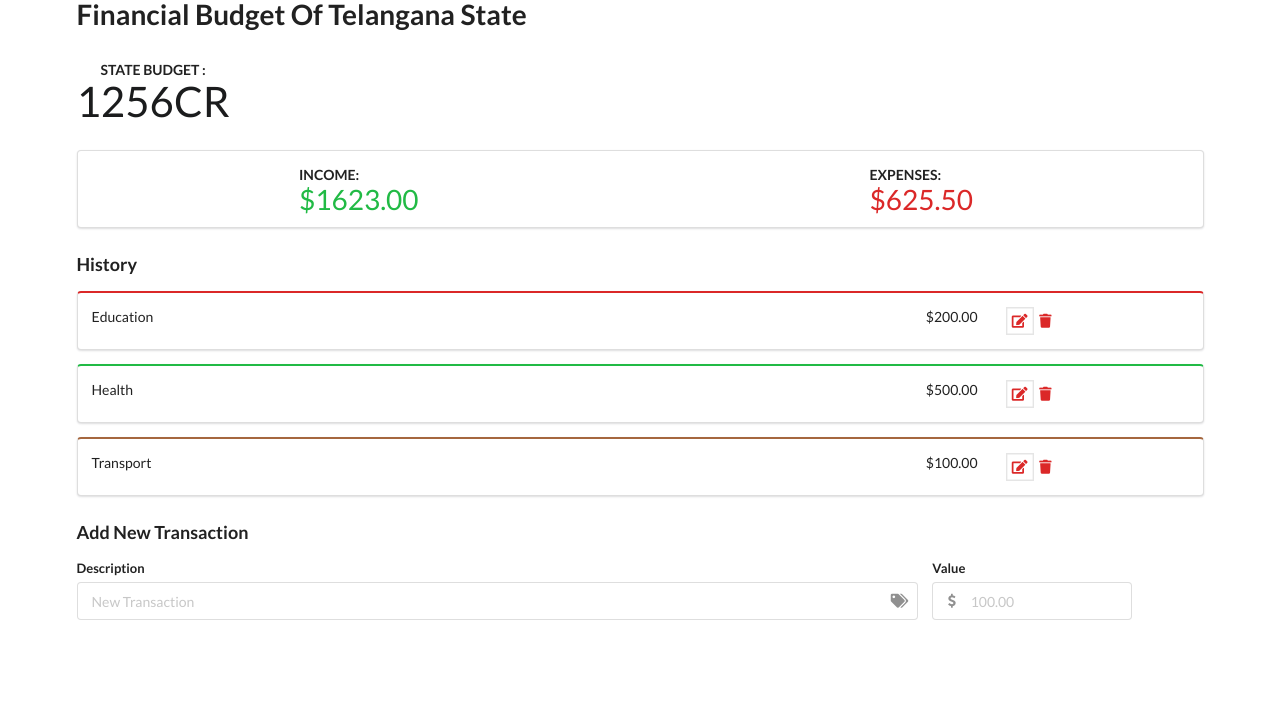
Repository: akHil07090709/advanced-react
Page: /
An editor plug-in stored every save of this project. The page is shown before and after the next save, followed by the edit.
The browser window is 1280 px wide. The pictures show the whole page.
The project was rebuilt for these pictures with package versions that can differ from the ones it lists, and the page was loaded fresh each time. Also part of the build but not shown: src/App.css.

Above is the page before, as saved 2021-05-25 08:04:03.

### src/index.js
import React from "react";
import ReactDOM from "react-dom";
import "./index.css";
import App from "./App";
import "semantic-ui-css/semantic.min.css";

ReactDOM.render(
  <React.StrictMode>
    <App />
  </React.StrictMode>,
  document.getElementById("root")
);

// If you want to start measuring performance in your app, pass a function
// to log results (for example: reportWebVitals(console.log))
// or send to an analytics endpoint. Learn more: https://bit.ly/CRA-vitals

### src/App.js
import {
  Container,
  Form,
  FormGroup,
  FormInput,
  Grid,
  Header,
  Icon,
  Segment,
  Statistic,
} from "semantic-ui-react";
import "./App.css";

function App() {
  return (
    <Container>
      <Header as="h1">Financial Budget Of Telangana State</Header>
      <Statistic size="small">
        {/* A statistic can display a value with a label above or below it.*/}
        <Statistic.Label>State Budget : </Statistic.Label>
        <Statistic.Value>1256cr</Statistic.Value>
      </Statistic>
      <Segment textAlign="center">
        <Grid columns={2}>
          <Grid.Row>
            <Grid.Column>
              <Statistic size="tiny" color="green">
                <Statistic.Label style={{ textAlign: "left" }}>
                  Income:
                </Statistic.Label>
                <Statistic.Value>$1623.00</Statistic.Value>
              </Statistic>
            </Grid.Column>
            <Grid.Column>
              <Statistic size="tiny" color="red">
                <Statistic.Label style={{ textAlign: "left" }}>
                  Expenses:
                </Statistic.Label>
                <Statistic.Value>$625.50</Statistic.Value>
              </Statistic>
            </Grid.Column>
          </Grid.Row>
        </Grid>
      </Segment>
      <Header as="h3">History</Header>
      <Segment color="red">
        <Grid columns={3}>
          <Grid.Row>
            <Grid.Column width={10}>Education</Grid.Column>
            <Grid.Column width={3} textAlign="right">
              $200.00
            </Grid.Column>
            <Grid.Column width={3}>
              <Icon name="edit" bordered color="red" />
              <Icon name="trash" color="red" />
            </Grid.Column>
          </Grid.Row>
        </Grid>
      </Segment>
      <Segment color="green">
        <Grid columns={3}>
          <Grid.Row>
            <Grid.Column width={10}>Health</Grid.Column>
            <Grid.Column width={3} textAlign="right">
              $500.00
            </Grid.Column>
            <Grid.Column width={3}>
              <Icon name="edit" bordered color="red" />
              <Icon name="trash" color="red" />
            </Grid.Column>
          </Grid.Row>
        </Grid>
      </Segment>
      <Segment color="brown">
        <Grid columns={3}>
          <Grid.Row>
            <Grid.Column width={10}>Transport</Grid.Column>
            <Grid.Column width={3} textAlign="right">
              $100.00
            </Grid.Column>
            <Grid.Column width={3}>
              <Icon name="edit" bordered color="red" />
              <Icon name="trash" color="red" />
            </Grid.Column>
          </Grid.Row>
        </Grid>
      </Segment>
      <Header as="h3">Add New Transaction</Header>
      <Form unstackable>
        <FormGroup>
          <FormInput
            width={12}
            label="Description"
            icon="tags"
            placeholder="New Transaction"
          />
          <FormInput
            width={3}
            label="Value"
            icon="dollar"
            placeholder="100.00"
            iconPosition="left"
          />
        </FormGroup>
      </Form>
    </Container>
  );
}

export default App;

Loaded but not shown: public/index.html (common file); src/index.css (common file)

After the next save:
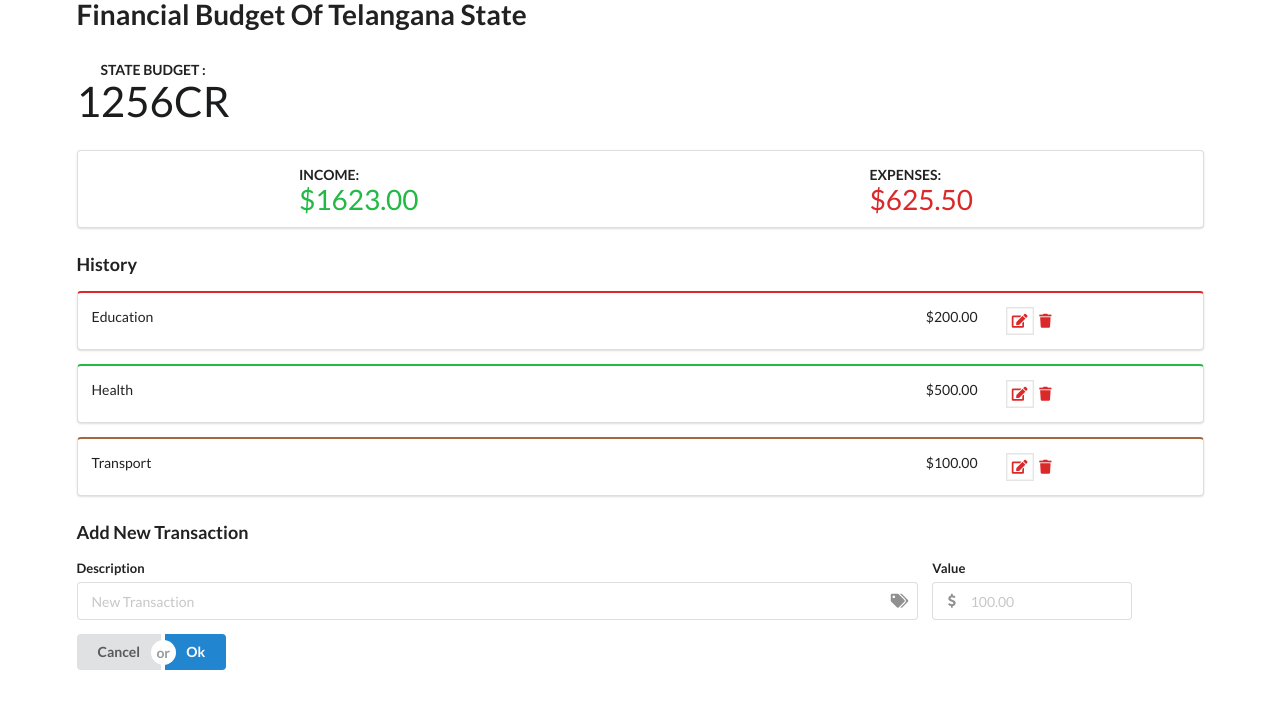
Saved 2 min 38 s later.
--- a/src/App.js
+++ b/src/App.js
@@ -1,4 +1,6 @@
 import {
+  Button,
+  ButtonGroup,
   Container,
   Form,
   FormGroup,
@@ -102,6 +104,11 @@
             iconPosition="left"
           />
         </FormGroup>
+        <ButtonGroup>
+          <Button>Cancel</Button>
+          <Button.Or />
+          <Button primary>Ok</Button>
+        </ButtonGroup>
       </Form>
     </Container>
   );
